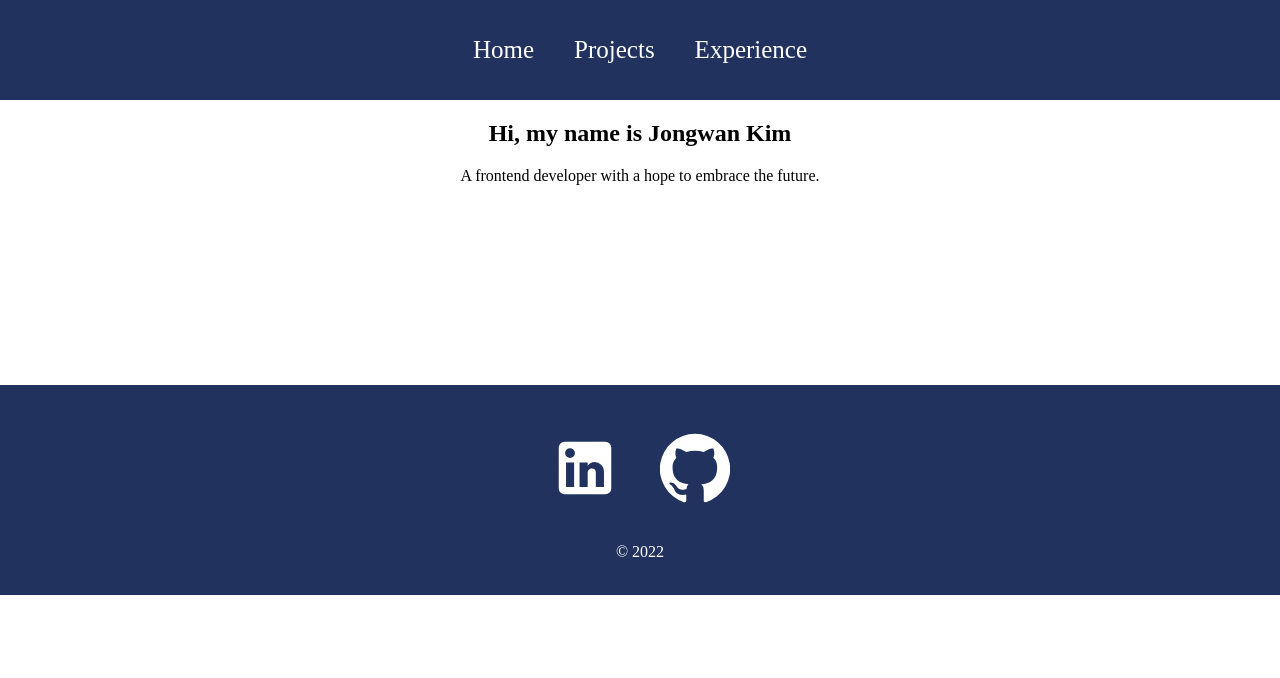
Repository: mireu-san/jw-personal-page
Page: /
The author's editor kept a copy of each file at every save. The page is drawn from the files as they stood at one save, then again after the next save.
The browser window is 1280 px wide. The pictures show the whole page.
The project was rebuilt for these pictures with package versions that can differ from the ones it lists, and the page was loaded fresh each time. Also part of the build but not shown: src/pages/Experience.js, src/pages/Projects.js.

Above is the page before, as saved 2022-11-09 17:12:17.

### src/App.js
import "./App.css";
import { BrowserRouter as Router, Routes, Route } from "react-router-dom";
import Home from "./pages/Home";
import Experience from "./pages/Experience";
import Projects from "./pages/Projects";
import Navbar from "./components/Navbar";
import Footer from "./components/Footer";

function App() {
  return (
    <div className="App">
      <Router>
        {/* #1 차이점? */}
        <Navbar />
        <Routes>
          <Route path="/" element={<Home />} />
          <Route path="/projects" element={<Projects />} />
          <Route path="/experience" element={<Experience />} />
        </Routes>
        <Footer />
      </Router>
    </div>
  );
}

export default App;

### src/App.css
/* recommended default setting */
.App {
  text-align: center;
}

body {
  padding: 0;
  margin: 0;
}


/* end of recommended default setting */

### src/pages/Home.js
import React from "react";

function Home() {
  return (
    <div className="home">
      <div className="about"> </div>
      <div className="about">
        <h2>Hi, my name is Jongwan Kim</h2>
        <div className="prompt">
          <p> A frontend developer with a hope to embrace the future. </p>
        </div>
      </div>
      <div className="skills"> </div>
    </div>
  );
}

export default Home;

### src/components/Navbar.js
import React, { useEffect, useState } from "react";
import { Link, useLocation } from "react-router-dom";
import "../styles/Navbar.css";
import ReorderIcon from "@material-ui/icons/Reorder";

function Navbar() {
  const [expandNavbar, setExpandNavbar] = useState(false);

  // to let it close when user click mobile menu category
  const location = useLocation();

  useEffect(() => {
    setExpandNavbar(false);
  }, [location]);

  return (
    <div className="navbar" id={expandNavbar ? "open" : "close"}>
      <div className="toggleButton">
        {/* toggle button for mobile */}
        <button
          onClick={() => {
            setExpandNavbar((prev) => !prev);
          }}
        >
          <ReorderIcon />
        </button>
      </div>
      <div className="links">
        <Link to="/"> Home </Link>
        <Link to="/projects"> Projects </Link>
        <Link to="/experience"> Experience </Link>
      </div>
    </div>
  );
}

export default Navbar;

### src/components/Footer.js
import React from "react";
import LinkedInIcon from "@material-ui/icons/LinkedIn";
import GithubIcon from "@material-ui/icons/GitHub";
import "../styles/Footer.css";

function Footer() {
  return (
    <div className="footer">
      <div className="socialMedia">
        <LinkedInIcon />
        <GithubIcon />
      </div>
      <p> &copy; 2022 </p>
    </div>
  );
}

export default Footer;

### src/styles/Navbar.css
.navbar {
    width: 100%;
    height: 100px;
    background: #21325e;
  }

  .links {
    width: 100%;
    height: 100%;
    display: flex;
    align-items: center;
    justify-content: center;
    color: white;
  }

  .navbar a {
    color: white;
    text-decoration: none;
    margin: 20px;
    font-size: 25px;
  }

  .toggleButton {
    width: 100%;
    height: 100px;
    display: flex;
    align-items: center;
    justify-content: flex-end;
  }

  .toggleButton svg {
    font-size: 50px;
  }

  /* toggle button for mobile */
  .toggleButton button {
    margin-right: 20px;
    background-color: transparent;
    border: none;
    color: white;
    cursor: pointer;
  }

  #open {
    height: 100vh;
  }

  #open .links {
    flex-direction: column;
    justify-content: flex-start;
    margin-top: 100px;
  }

  #open a {
    width: 100%;
    text-align: center;
  }

  @media only screen and (max-width: 900px) {
    .navbar a {
      width: 70px;
    }
  }

  @media only screen and (max-width: 600px) {
    .toggleButton {
      display: flex;
    }
    #close a {
      display: none;
    }
  }

  @media only screen and (min-width: 600px) {
    .toggleButton {
      display: none;
    }

    .hiddenLinks {
      display: none;
    }

    #open {
      height: 100px;
    }

    #open .links {
      flex-direction: row;
    }
  }

Loaded but not shown: public/index.html (common file); src/index.js (common file); src/reportWebVitals.js (common file); src/styles/Footer.css (common file)

After the next save:
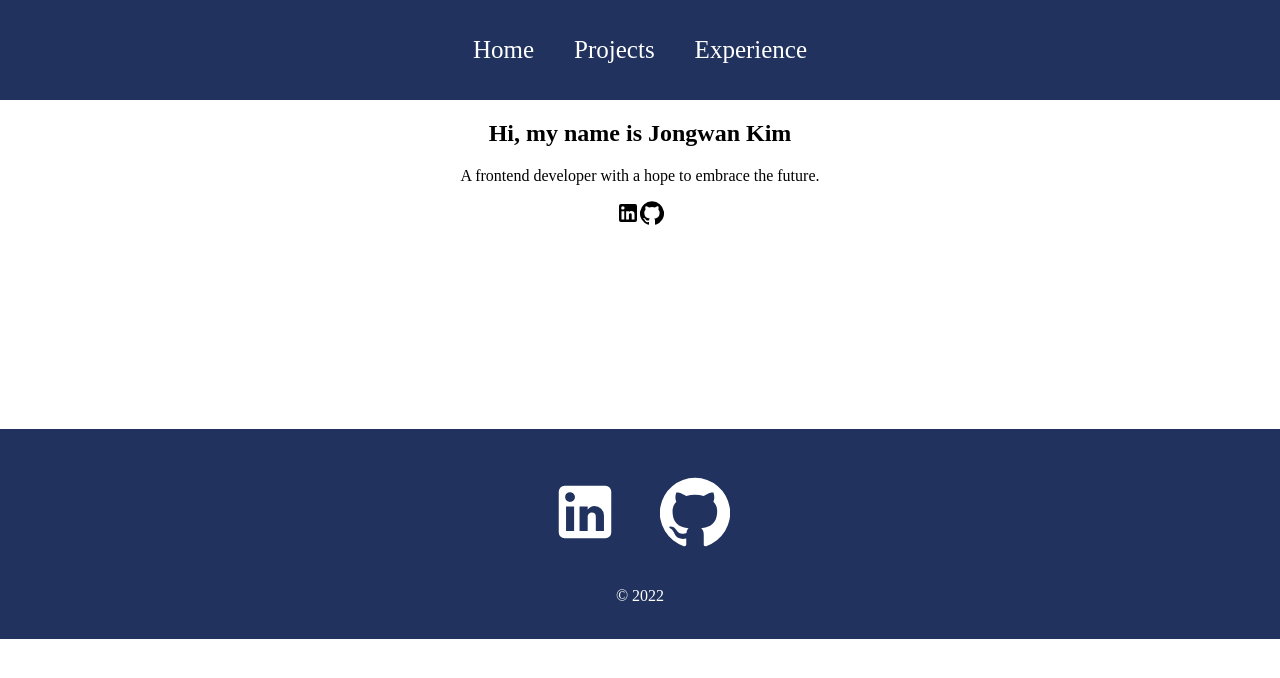
Saved 48 s later.
--- a/src/pages/Home.js
+++ b/src/pages/Home.js
@@ -1,4 +1,6 @@
 import React from "react";
+import LinkedInIcon from "@material-ui/icons/LinkedIn";
+import GithubIcon from "@material-ui/icons/GitHub";
 
 function Home() {
   return (
@@ -8,6 +10,8 @@ function Home() {
         <h2>Hi, my name is Jongwan Kim</h2>
         <div className="prompt">
           <p> A frontend developer with a hope to embrace the future. </p>
+          <LinkedInIcon />
+          <GithubIcon />
         </div>
       </div>
       <div className="skills"> </div>
